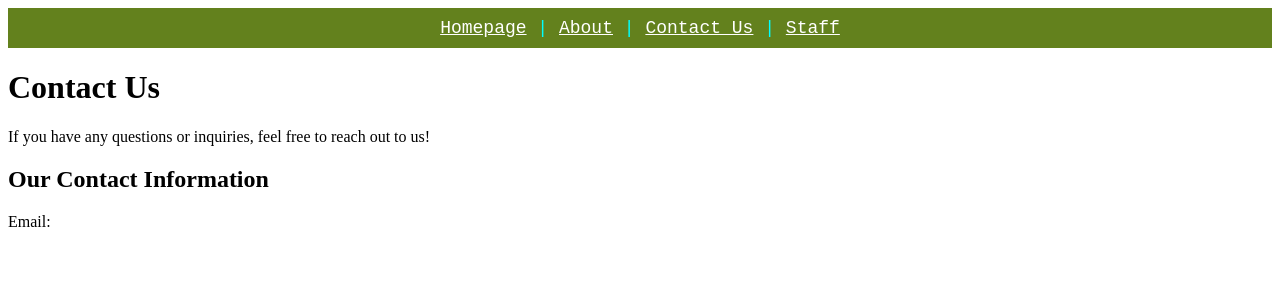
Repository: ficotims/HTML-RESTART
Page: Contact us.html
An editor plug-in stored every save of this project. The page is shown before and after the next save, followed by the edit.
The browser window is 1280 px wide. The pictures show the whole page.

Above is the page before, as saved 2026-02-08 14:09:25.

### Contact us.html
<!doctype html>
<html lang="en">
    <head>
        <meta charset="UTF-8" />
        <meta name="viewport" content="width=device-width, initial-scale=1.0" />
        <title>Contact Us</title>
    </head>
    <body>
          <!-- NAVIGATION SECTION -->
 <div style="background-color: rgb(99, 129, 29); padding: 10px; text-align: center; color: aqua; font-size: 18px; font-family: monospace, Lemon milk;">
    <a href="Homepage.html" style="color: white;">Homepage</a> |
    <a href="about.html" style="color: white;">About</a> | <a href="Contact us.html" style="color: white;">Contact Us</a> |
    <a href="staff.html" style="color: white;">Staff</a>
     </div>

        <h1>Contact Us</h1>
        <p>If you have any questions or inquiries, feel free to reach out to us!</p>

        <h2>Our Contact Information</h2>
        <p>
        Email: <a href="mailto:

After the next save:
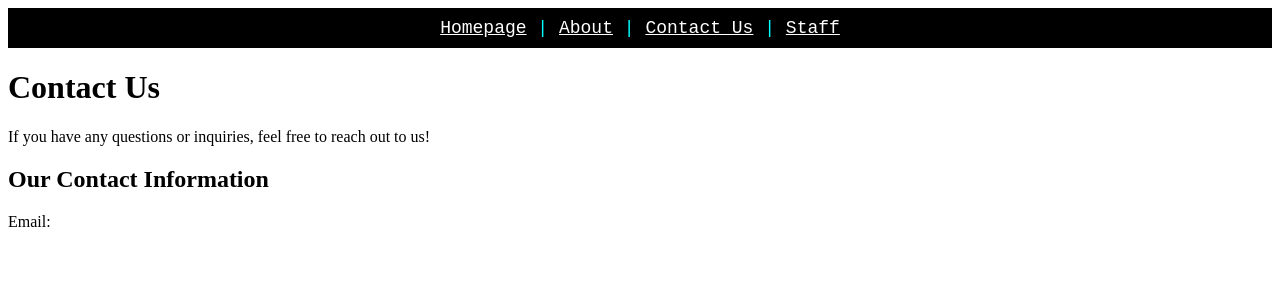
Saved 13 s later.
--- a/Contact us.html
+++ b/Contact us.html
@@ -7,7 +7,7 @@
     </head>
     <body>
           <!-- NAVIGATION SECTION -->
- <div style="background-color: rgb(99, 129, 29); padding: 10px; text-align: center; color: aqua; font-size: 18px; font-family: monospace, Lemon milk;">
+ <div style="background-color: rgb(0, 0, 0); padding: 10px; text-align: center; color: aqua; font-size: 18px; font-family: monospace, Lemon milk;">
     <a href="Homepage.html" style="color: white;">Homepage</a> |
     <a href="about.html" style="color: white;">About</a> | <a href="Contact us.html" style="color: white;">Contact Us</a> |
     <a href="staff.html" style="color: white;">Staff</a>
